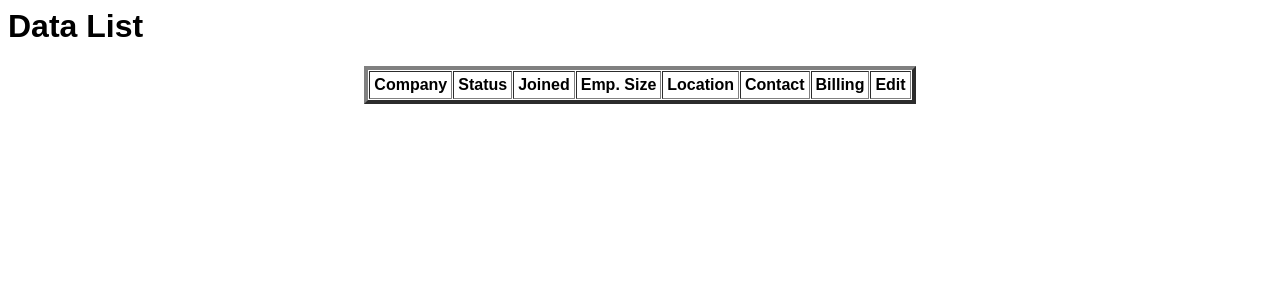
Repository: AdityaTech-Pro/FullStackWithBridgelabz
Page: Assignment2/Data_List/index.html
An editor plug-in stored every save of this project. The page is shown before and after a run of saves, followed by the edit.
The browser window is 1280 px wide. The pictures show the whole page.

Above is the page before, as saved 2025-10-15 09:22:12.

### Assignment2/Data_List/index.html
<html>

<head>
    <style>
        body {
            font-family: Arial, Helvetica, sans-serif;
        }

        .center {
            margin-left: auto;
            margin-right: auto;
        }
    </style>
</head>
<title>
    <h2>Welcome to My Web Page</h2>
</title>

<body>
    <table border="4" cellspacing="1" cellpadding="4" class="center">
        <h1 class="center">Data List</h1>
        <tr>
            <th>Company</th>
            <th>Status</th>
            <th>Joined</th>
            <th>Emp. Size</th>
            <th>Location</th>
            <th>Contact</th>
            <th>Billing</th>
            <th>Edit</th>
        </tr>

</body>

</html>

After the next 2 saves:
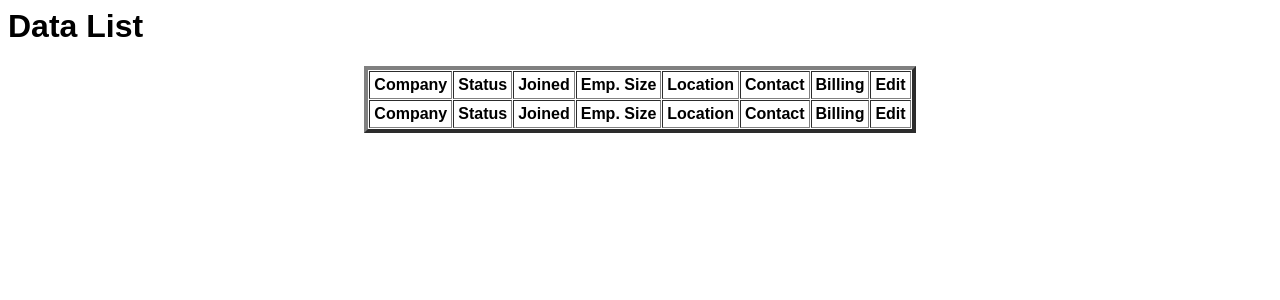
The 2 saves are shown as one change because they came seconds apart.
The last was saved 22 s later.
--- a/Assignment2/Data_List/index.html
+++ b/Assignment2/Data_List/index.html
@@ -30,6 +30,17 @@
             <th>Edit</th>
         </tr>
 
+        <tr>
+            <th>Company</th>
+            <th>Status</th>
+            <th>Joined</th>
+            <th>Emp. Size</th>
+            <th>Location</th>
+            <th>Contact</th>
+            <th>Billing</th>
+            <th>Edit</th>
+        </tr>
+
 </body>
 
 </html>
